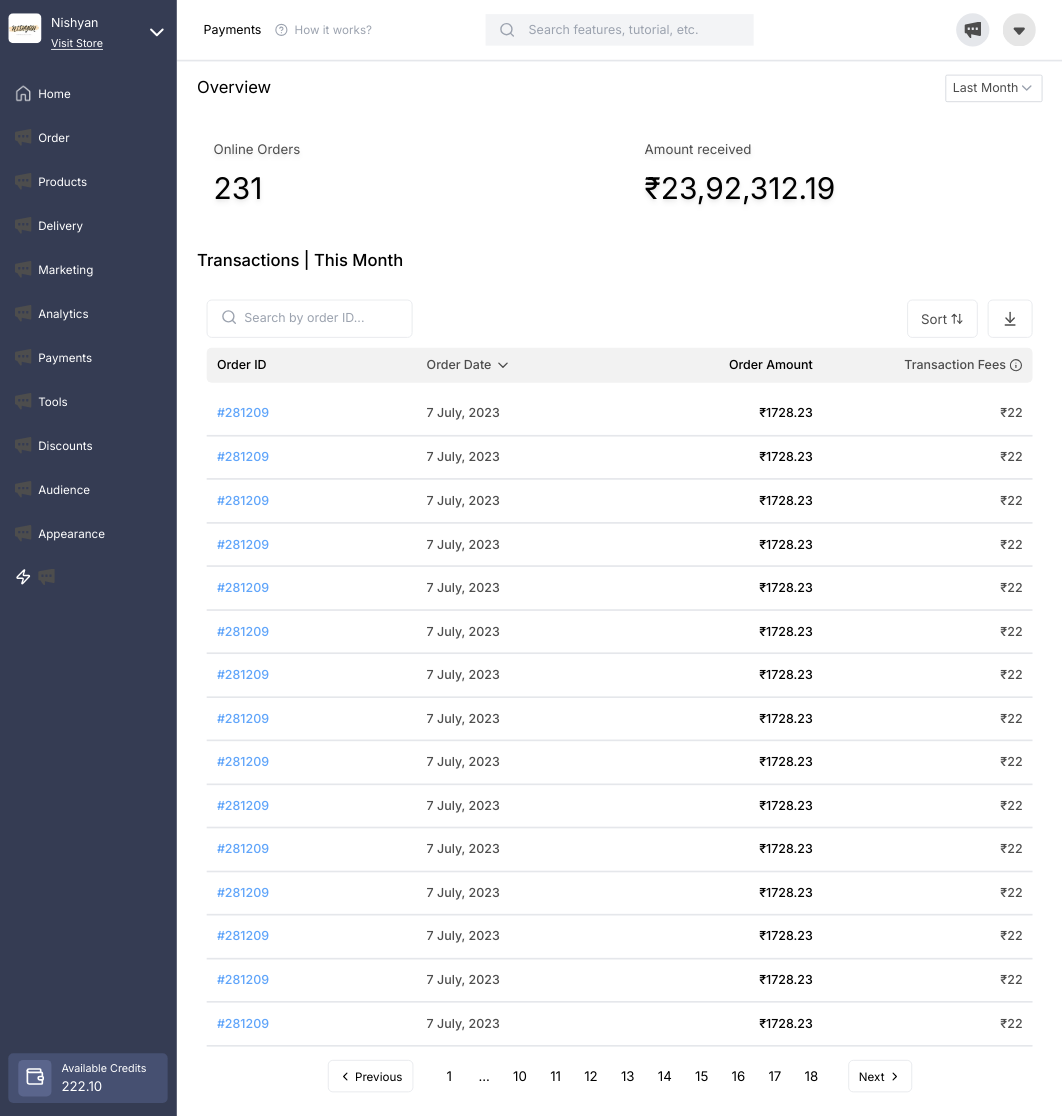
Repository: SubhamBnk/dukaan-task
Page: /
These files come from the project's save history. The page is drawn as it stood at one moment and after the next save; the edit follows.
The browser window is 1280 px wide. The pictures show the whole page, at 83% of full size.
The project was rebuilt for these pictures with package versions that can differ from the ones it lists, and the page was loaded fresh each time. The framework's server and built-in components were replaced by stand-ins that run in the browser. Also part of the build but not shown: next.config.js.

Above is the page before, as saved 2024-01-09 20:47:10.

After the next save:
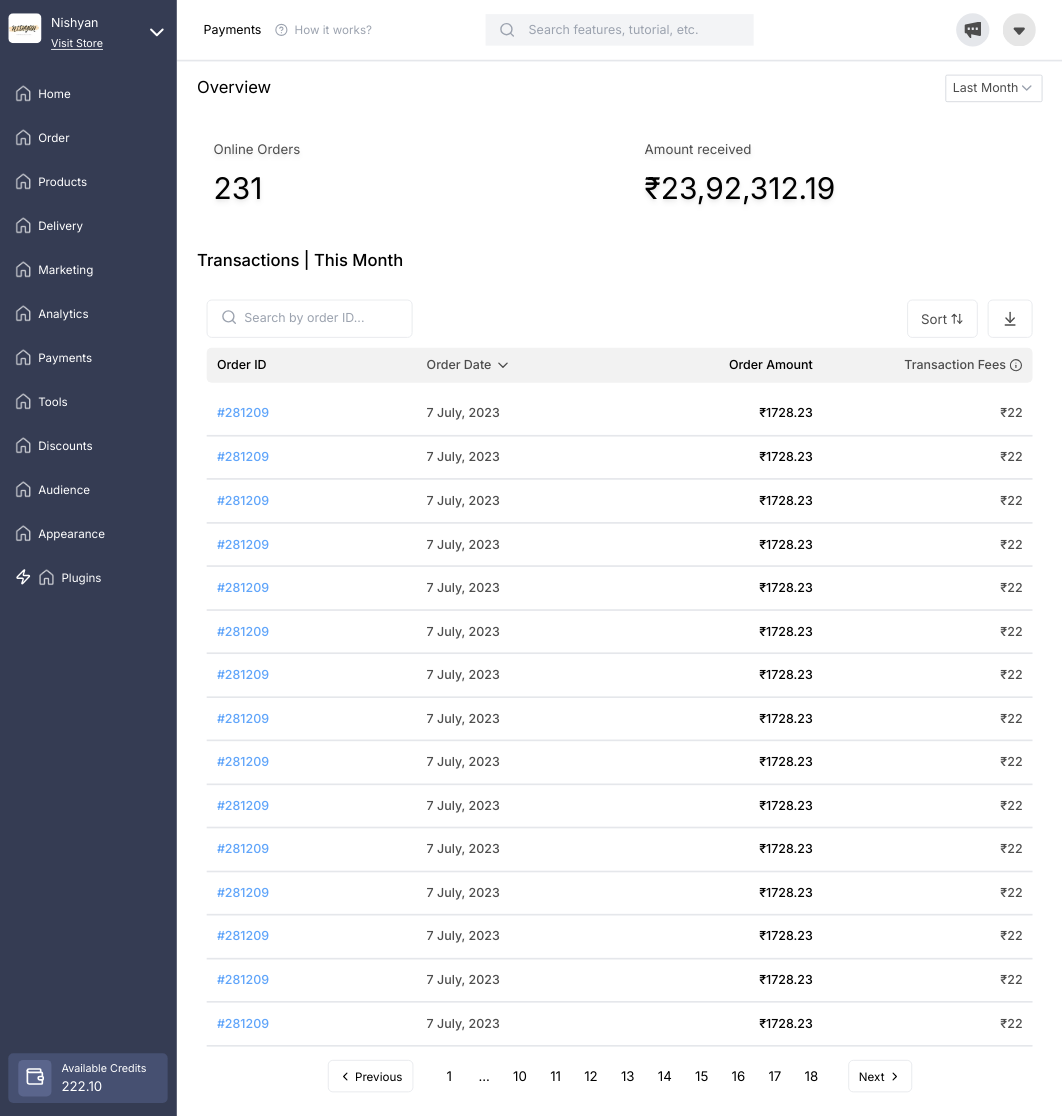
Saved 91 s later.
--- a/src/app/page.tsx
+++ b/src/app/page.tsx
@@ -35,48 +35,49 @@ export default function Home() {
                 <p className='text-[14px]'>Home</p>
               </div>
               <div className='flex gap-2 px-2 py-4 rounded-md hover:bg-[#4d587b]'>
-                 <Image src='./Group.svg' alt="group" width={20} height={20}/>
+                 <Image src="/home.png" alt="group" width={20} height={20}/>
                 <p className='text-[14px]'>Order</p>
               </div>
               <div className='flex gap-2 px-2 py-4 rounded-md hover:bg-[#4d587b]'>
-                 <Image src='./Group.svg' alt="group" width={20} height={20}/>
+                 <Image src="/home.png" alt="group" width={20} height={20}/>
                 <p className='text-[14px]'>Products</p>
               </div>
               <div className='flex gap-2 px-2 py-4 rounded-md hover:bg-[#4d587b]'>
-                 <Image src='./Group.svg' alt="group" width={20} height={20}/>
+                 <Image src="/home.png" alt="group" width={20} height={20}/>
                 <p className='text-[14px]'>Delivery</p>
               </div>
               <div className='flex gap-2 px-2 py-4 rounded-md hover:bg-[#4d587b]'>
-                 <Image src='./Group.svg' alt="group" width={20} height={20}/>
+                 <Image src="/home.png" alt="group" width={20} height={20}/>
                 <p className='text-[14px]'>Marketing</p>
               </div>
               <div className='flex gap-2 px-2 py-4 rounded-md hover:bg-[#4d587b]'>
-                 <Image src='./Group.svg' alt="group" width={20} height={20}/>
+                 <Image src="/home.png" alt="group" width={20} height={20}/>
                 <p className='text-[14px]'>Analytics</p>
               </div>
               <div className='flex gap-2 px-2 py-4 rounded-md hover:bg-[#4d587b]'>
-                 <Image src='./Group.svg' alt="group" width={20} height={20}/>
+                 <Image src="/home.png" alt="group" width={20} height={20}/>
                 <p className='text-[14px]'>Payments</p>
               </div>
               <div className='flex gap-2 px-2 py-4 rounded-md hover:bg-[#4d587b]'>
-                 <Image src='./Group.svg' alt="group" width={20} height={20}/>
+                 <Image src="/home.png" alt="group" width={20} height={20}/>
                 <p className='text-[14px]'>Tools</p>
               </div>
               <div className='flex gap-2 px-2 py-4 rounded-md hover:bg-[#4d587b]'>
-                 <Image src='./Group.svg' alt="group" width={20} height={20}/>
+                 <Image src="/home.png" alt="group" width={20} height={20}/>
                 <p className='text-[14px]'>Discounts</p>
               </div>
               <div className='flex gap-2 px-2 py-4 rounded-md hover:bg-[#4d587b]'>
-                <Image src='./Group.svg' alt="group" width={20} height={20}/>
+                <Image src="/home.png" alt="group" width={20} height={20}/>
                 <p className='text-[14px]'>Audience</p>
               </div>
               <div className='flex gap-2 px-2 py-4 rounded-md hover:bg-[#4d587b]'>
-                <Image src='./Group.svg' alt="group" width={20} height={20}/>
+                <Image src="/home.png" alt="group" width={20} height={20}/>
                 <p className='text-[14px]'>Appearance</p>
               </div>
               <div className='flex gap-2 px-2 py-4 rounded-md hover:bg-[#4d587b]'>
                 <Zap className='w-5 h-5'/>
-                 <Image src='./Group.svg' alt="group" width={20} height={20}/>
+            <Image src="/home.png" alt="group" width={20} height={20} />
+             <p className='text-[14px]'>Plugins</p>
               </div>
 
           </div>
